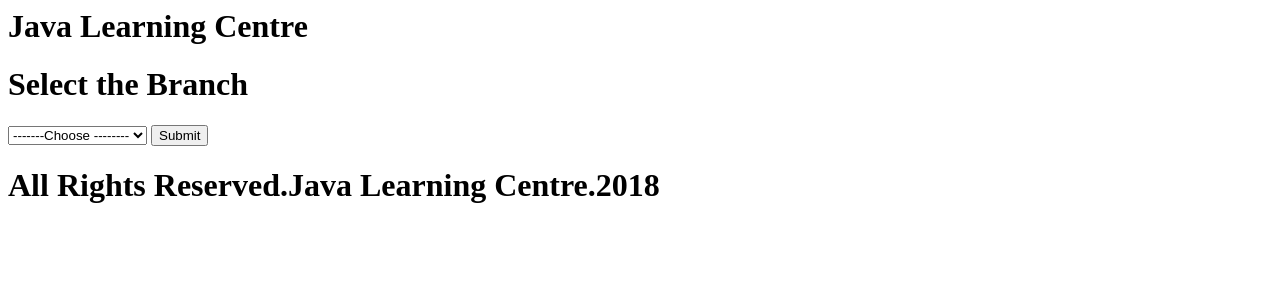
Repository: argho1990/Coursecube-B19
Page: http://localhost/Lab10/mth.jsp
An editor plug-in stored every save of this project. The page is shown before and after the next save, followed by the edit.
The browser window is 1280 px wide. The pictures show the whole page.
The page is served by Tomcat 9.

Above is the page before, as saved 2018-11-23 21:11:17.

### JSP/Lab10/WebContent/mth.jsp
<html>

<body>
<jsp:include page="header.jsp">
<jsp:param name="cname" value="Java Learning Centre"/>
</jsp:include>
<form action=""test.jsp">
<h1>Select the Branch</h1>
<select name="branch">
<option value="None">-------Choose  --------</option>
<option value="MTH">Marathalli</option>
<option value="KLN">Kalyanagar</option>
<option value="BTM">BTM Layout</option>
</select>
<input type="submit" value="Submit">
</form>
<jsp:include page="footer.jsp">
<jsp:param name="cname" value="Java Learning Centre"/>
</jsp:include>
</body>
</html>

### JSP/Lab10/WebContent/header.jsp
<html>

<body>

<h1>${param.cname }</h1>

</body>

</html>

### JSP/Lab10/WebContent/footer.jsp
<html>

<body>

<h1>All Rights Reserved.${param.cname}.2018</h1>

</body>

</html>

After the next save:
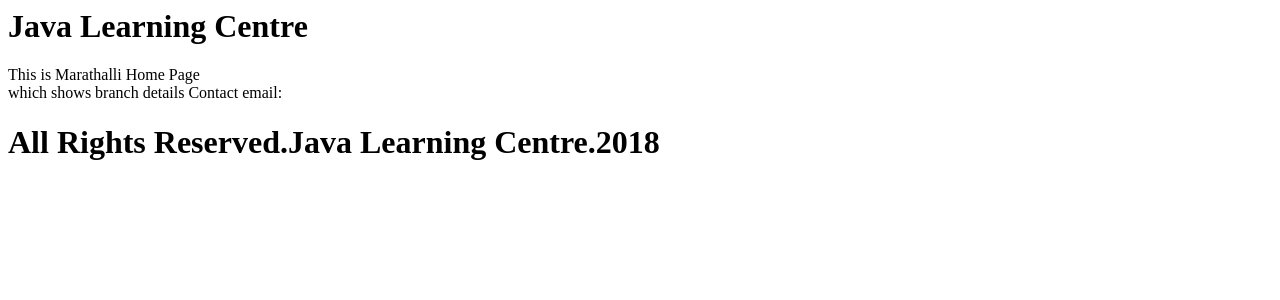
Saved 4 min 27 s later.
--- a/JSP/Lab10/WebContent/mth.jsp
+++ b/JSP/Lab10/WebContent/mth.jsp
@@ -4,16 +4,9 @@
 <jsp:include page="header.jsp">
 <jsp:param name="cname" value="Java Learning Centre"/>
 </jsp:include>
-<form action=""test.jsp">
-<h1>Select the Branch</h1>
-<select name="branch">
-<option value="None">-------Choose  --------</option>
-<option value="MTH">Marathalli</option>
-<option value="KLN">Kalyanagar</option>
-<option value="BTM">BTM Layout</option>
-</select>
-<input type="submit" value="Submit">
-</form>
+This is Marathalli Home Page<br>
+which shows ${param.bn} branch details
+Contact email:${param.email}
 <jsp:include page="footer.jsp">
 <jsp:param name="cname" value="Java Learning Centre"/>
 </jsp:include>
